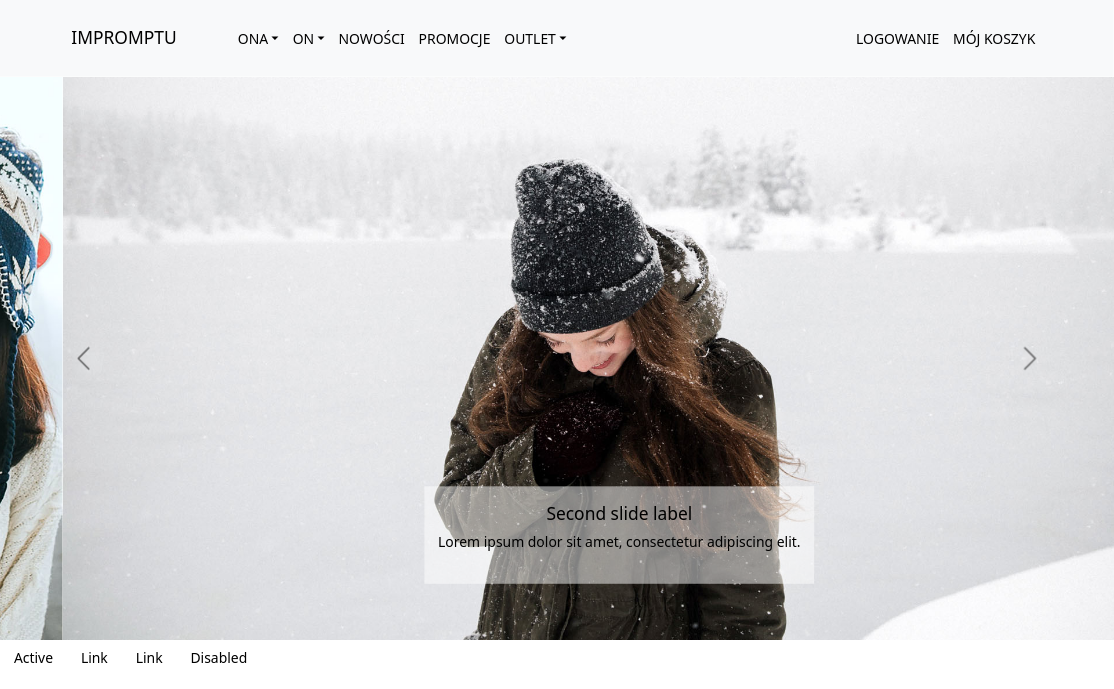
Repository: michalgornicki/Impromptu
Page: /
An editor plug-in stored every save of this project. The page is shown before and after the next save, followed by the edit.
The browser window is 1280 px wide. The pictures show the whole page, at 87% of full size.
The project was rebuilt for these pictures with package versions that can differ from the ones it lists, and the page was loaded fresh each time.

Above is the page before, as saved 2021-12-23 13:14:27.

After the next save:
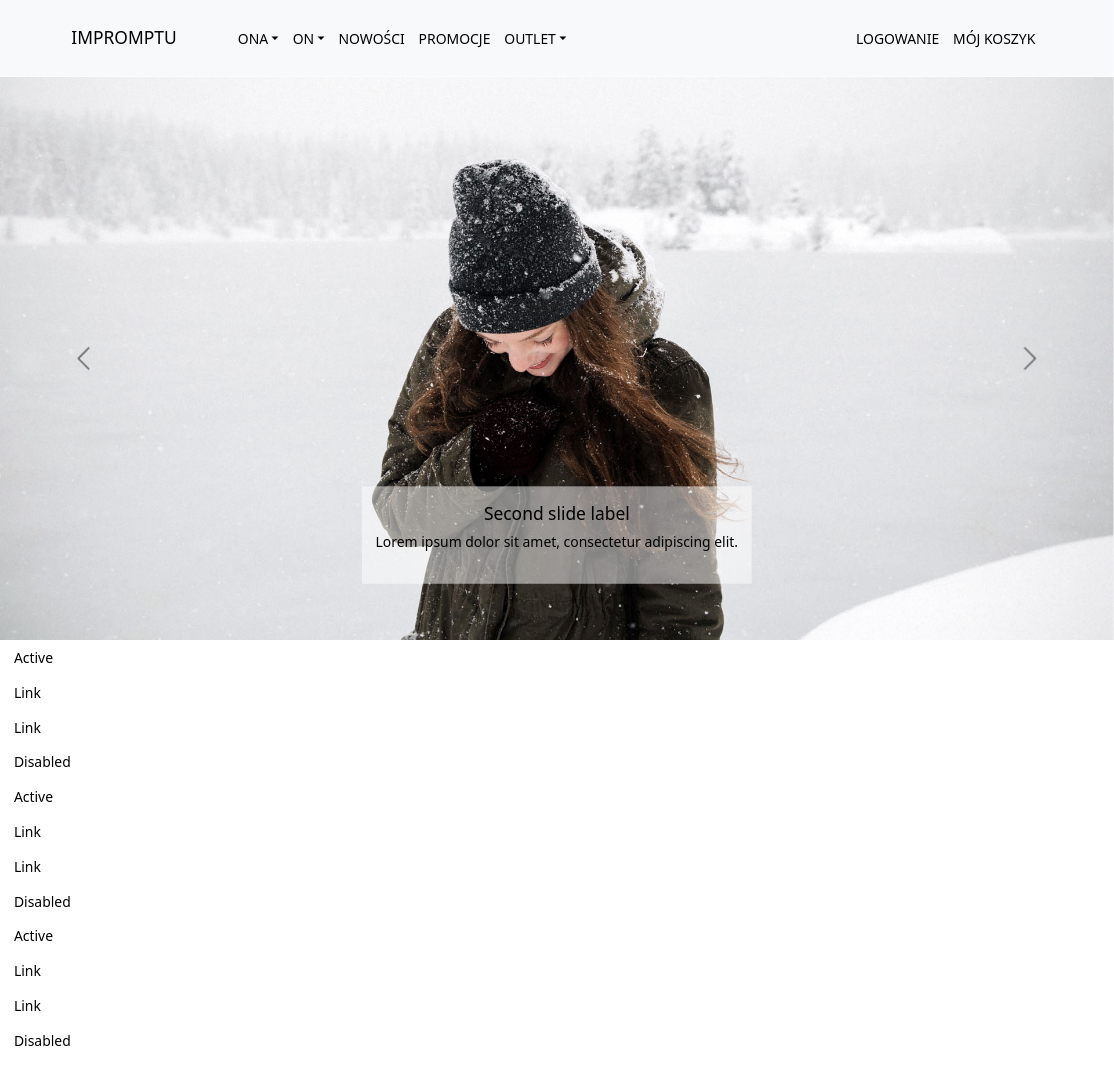
Saved 48 s later.
--- a/src/App.jsx
+++ b/src/App.jsx
@@ -153,24 +153,27 @@
 </Carousel>
 
 
-<Nav
-  activeKey="/home"
-  onSelect={(selectedKey) => alert(`selected ${selectedKey}`)}
->
-  <Nav.Item>
-    <Nav.Link href="/home">Active</Nav.Link>
-  </Nav.Item>
-  <Nav.Item>
-    <Nav.Link eventKey="link-1">Link</Nav.Link>
-  </Nav.Item>
-  <Nav.Item>
-    <Nav.Link eventKey="link-2">Link</Nav.Link>
-  </Nav.Item>
-  <Nav.Item>
-    <Nav.Link eventKey="disabled" disabled>
-      Disabled
-    </Nav.Link>
-  </Nav.Item>
+<Nav defaultActiveKey="/home" className="flex-column">
+  <Nav.Link href="/home">Active</Nav.Link>
+  <Nav.Link eventKey="link-1">Link</Nav.Link>
+  <Nav.Link eventKey="link-2">Link</Nav.Link>
+  <Nav.Link eventKey="disabled" disabled>
+    Disabled
+  </Nav.Link>
+</Nav><Nav defaultActiveKey="/home" className="flex-column">
+  <Nav.Link href="/home">Active</Nav.Link>
+  <Nav.Link eventKey="link-1">Link</Nav.Link>
+  <Nav.Link eventKey="link-2">Link</Nav.Link>
+  <Nav.Link eventKey="disabled" disabled>
+    Disabled
+  </Nav.Link>
+</Nav><Nav defaultActiveKey="/home" className="flex-column">
+  <Nav.Link href="/home">Active</Nav.Link>
+  <Nav.Link eventKey="link-1">Link</Nav.Link>
+  <Nav.Link eventKey="link-2">Link</Nav.Link>
+  <Nav.Link eventKey="disabled" disabled>
+    Disabled
+  </Nav.Link>
 </Nav>
 
 

After the save that followed:
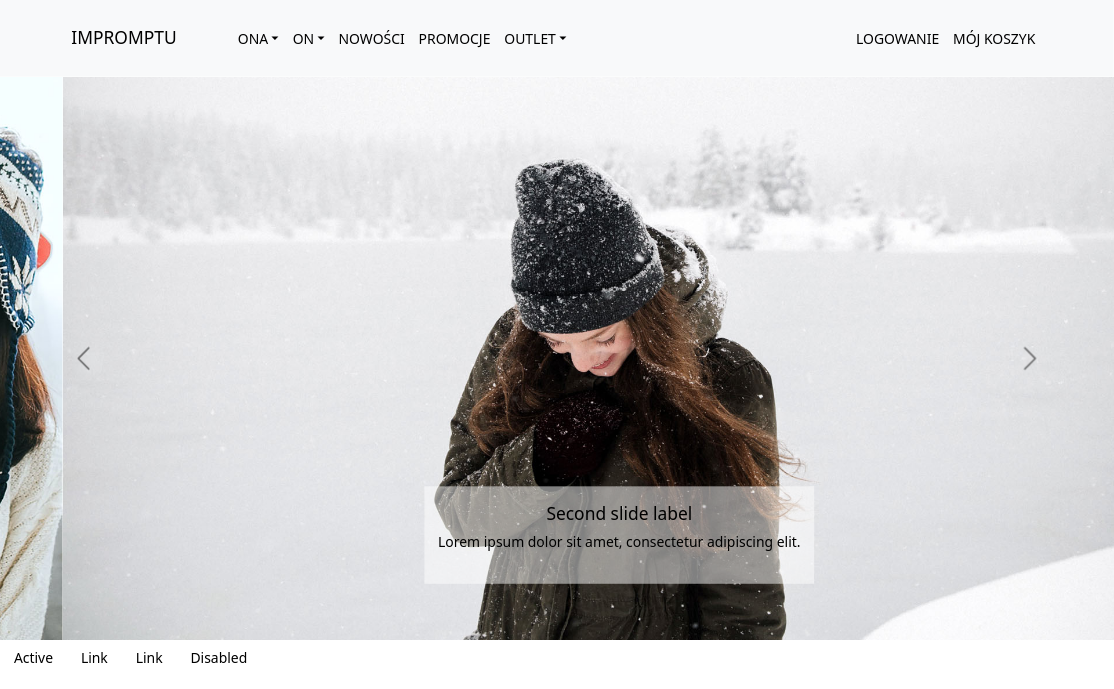
Saved 5 s later.
--- a/src/App.jsx
+++ b/src/App.jsx
@@ -153,27 +153,24 @@
 </Carousel>
 
 
-<Nav defaultActiveKey="/home" className="flex-column">
-  <Nav.Link href="/home">Active</Nav.Link>
-  <Nav.Link eventKey="link-1">Link</Nav.Link>
-  <Nav.Link eventKey="link-2">Link</Nav.Link>
-  <Nav.Link eventKey="disabled" disabled>
-    Disabled
-  </Nav.Link>
-</Nav><Nav defaultActiveKey="/home" className="flex-column">
-  <Nav.Link href="/home">Active</Nav.Link>
-  <Nav.Link eventKey="link-1">Link</Nav.Link>
-  <Nav.Link eventKey="link-2">Link</Nav.Link>
-  <Nav.Link eventKey="disabled" disabled>
-    Disabled
-  </Nav.Link>
-</Nav><Nav defaultActiveKey="/home" className="flex-column">
-  <Nav.Link href="/home">Active</Nav.Link>
-  <Nav.Link eventKey="link-1">Link</Nav.Link>
-  <Nav.Link eventKey="link-2">Link</Nav.Link>
-  <Nav.Link eventKey="disabled" disabled>
-    Disabled
-  </Nav.Link>
+<Nav
+  activeKey="/home"
+  onSelect={(selectedKey) => alert(`selected ${selectedKey}`)}
+>
+  <Nav.Item>
+    <Nav.Link href="/home">Active</Nav.Link>
+  </Nav.Item>
+  <Nav.Item>
+    <Nav.Link eventKey="link-1">Link</Nav.Link>
+  </Nav.Item>
+  <Nav.Item>
+    <Nav.Link eventKey="link-2">Link</Nav.Link>
+  </Nav.Item>
+  <Nav.Item>
+    <Nav.Link eventKey="disabled" disabled>
+      Disabled
+    </Nav.Link>
+  </Nav.Item>
 </Nav>
 
 
